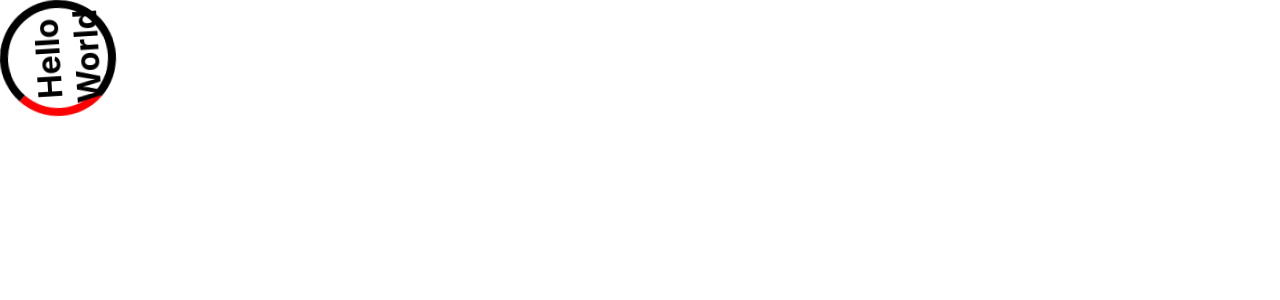
Repository: DeepikaSuretek/React
Page: / (app in practice-app/)
These files come from the project's save history. The page is drawn as it stood at one moment and after the next save; the edit follows.
The browser window is 1280 px wide. The pictures show the whole page.
The project was rebuilt for these pictures with package versions that can differ from the ones it lists, and the page was loaded fresh each time.

Above is the page before, as saved 2024-07-08 17:40:50.

### practice-app/src/App.js
import './App.css';
import User from './class-component/class';

function App() {
  return (
    <div className="App loader">
     <h1>Hello World</h1>
     <User />
    </div>
  );
}

export default App;

### practice-app/src/App.css
.App {
  text-align: center;
}

.App-logo {
  height: 40vmin;
  pointer-events: none;
}

@media (prefers-reduced-motion: no-preference) {
  .App-logo {
    animation: App-logo-spin infinite 20s linear;
  }
}

.App-header {
  background-color: #282c34;
  min-height: 100vh;
  display: flex;
  flex-direction: column;
  align-items: center;
  justify-content: center;
  font-size: calc(10px + 2vmin);
  color: white;
}

.App-link {
  color: #61dafb;
}

@keyframes App-logo-spin {
  from {
    transform: rotate(0deg);
  }
  to {
    transform: rotate(360deg);
  }
}

.loader{
  height: 100px;
  width: 100px;
  border: 8px solid;
  border-color: black black black red;
  border-radius: 50%;
  animation: App-logo-spin 2s linear infinite;
}

### practice-app/src/class-component/class.js
import { Component } from "react"

class User extends Component{
    render(){
        return(
           <div>{console.log('Hello')}</div>
        )
    }
}

export default User;

Loaded but not shown: practice-app/public/index.html (common file); practice-app/src/index.js (common file); practice-app/src/index.css (common file); practice-app/src/reportWebVitals.js (common file)

After the next save:
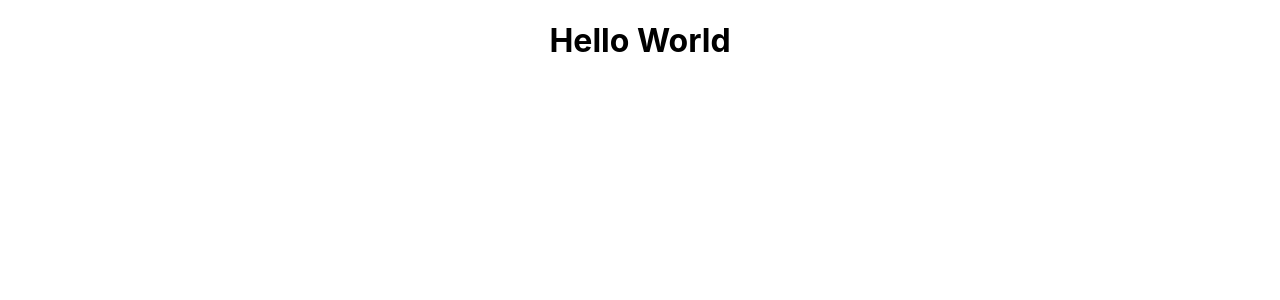
Saved 11 s later.
--- a/practice-app/src/App.js
+++ b/practice-app/src/App.js
@@ -3,7 +3,7 @@ import User from './class-component/class';
 
 function App() {
   return (
-    <div className="App loader">
+    <div className="App">
      <h1>Hello World</h1>
      <User />
     </div>
